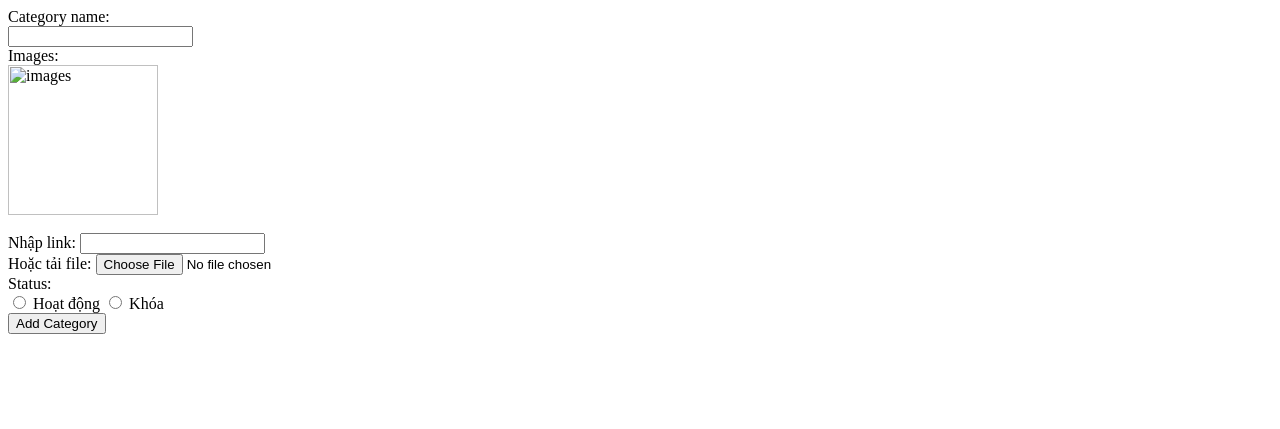
Repository: Carwyn1101/NguyenDinhHongPhuc_22133041
Page: http://localhost/LapTrinhWeb/views/admin/category-add.jsp
These files come from the project's save history. The page is drawn as it stood at one moment and after the next save; the edit follows.
The browser window is 1280 px wide. The pictures show the whole page.
The page is served by Tomcat 10. Nobody is signed in. The application's start-up code is not run.

Above is the page before, as saved 2024-10-08 13:43:00.

After the next save:
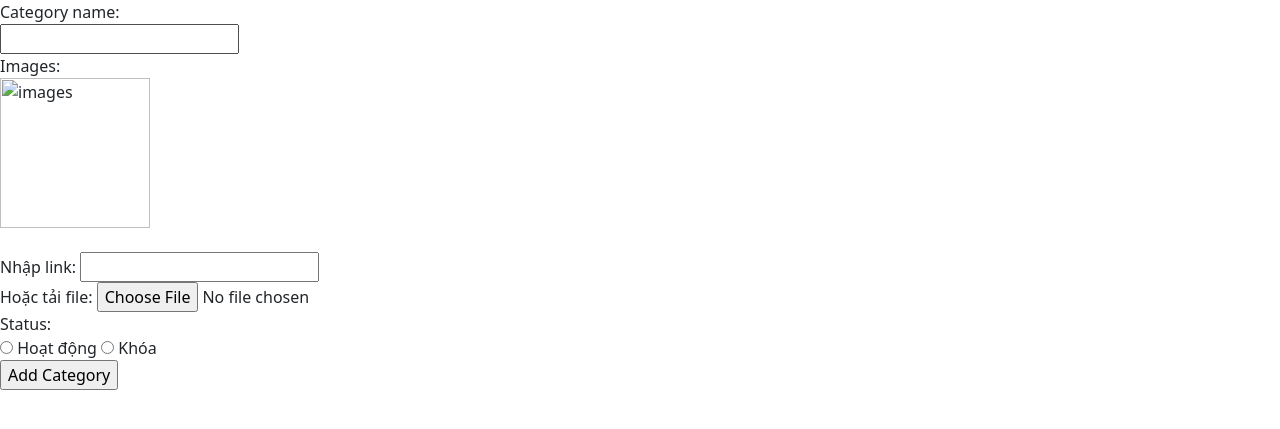
Saved 5 s later.
--- a/LapTrinhWeb/src/main/webapp/views/admin/category-add.jsp
+++ b/LapTrinhWeb/src/main/webapp/views/admin/category-add.jsp
@@ -1,6 +1,9 @@
 <%@ page language="java" contentType="text/html; charset=UTF-8"
 	pageEncoding="UTF-8"%>
-
+<!-- Bootstrap CSS -->
+<link
+	href="https://cdn.jsdelivr.net/npm/bootstrap@5.0.2/dist/css/bootstrap.min.css"
+	rel="stylesheet">
 <form
   action="${pageContext.request.contextPath}/admin/category/insert"
   method="post"
